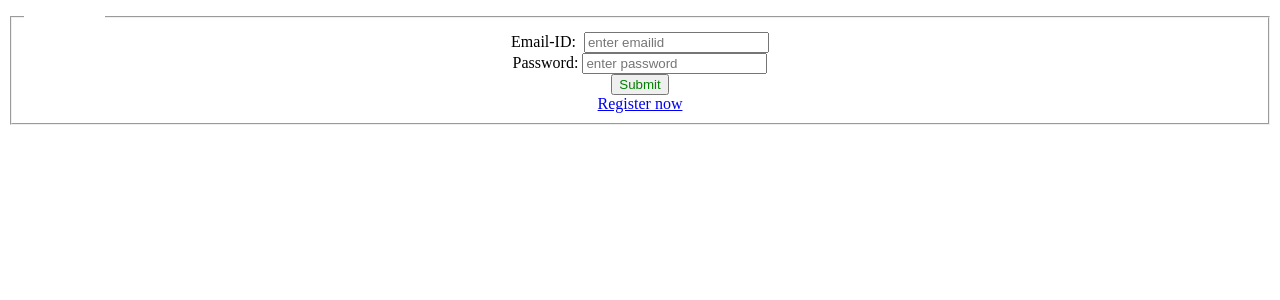
Repository: Tharungandhi/ServeltProject
Page: ServletJDBCApp/WebContent/login.html
An editor plug-in stored every save of this project. The page is shown before and after the next save, followed by the edit.
The browser window is 1280 px wide. The pictures show the whole page.

Above is the page before, as saved 2019-01-29 10:59:30.

After the next save:
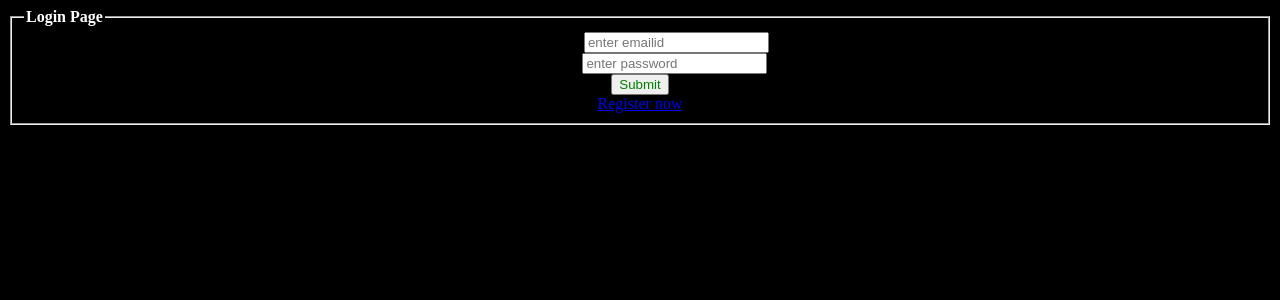
Saved 12 s later.
--- a/ServletJDBCApp/WebContent/login.html
+++ b/ServletJDBCApp/WebContent/login.html
@@ -19,7 +19,7 @@
 <head>
 <style>
     body {
-      background-color: white;
+      background-color: black;
     }
   title{
   color: buttonface;
